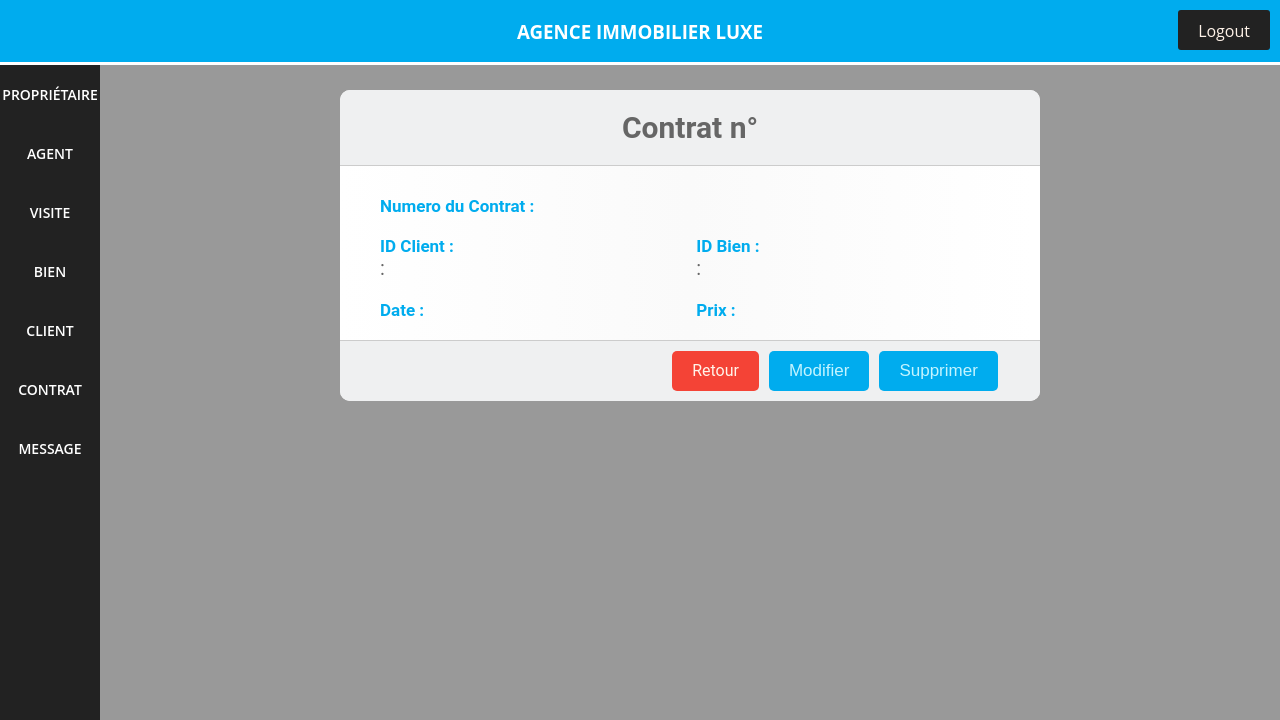
Repository: hassen-mnejja/Real_Estate_Agency_Website
Page: http://localhost/backoffice/WEB-INF/contratdescriptif.jsp
An editor plug-in stored every save of this project. The page is shown before and after the next save, followed by the edit.
The browser window is 1280 px wide. The pictures show the whole page.
Some icons come from a web library that is not loaded, so they are not drawn. The page is served by Tomcat 9. Nobody is signed in. The template is opened directly, without the code that normally fills it, so the values that code supplies are empty.

Above is the page before, as saved 2020-06-22 22:55:08.

After the next save:
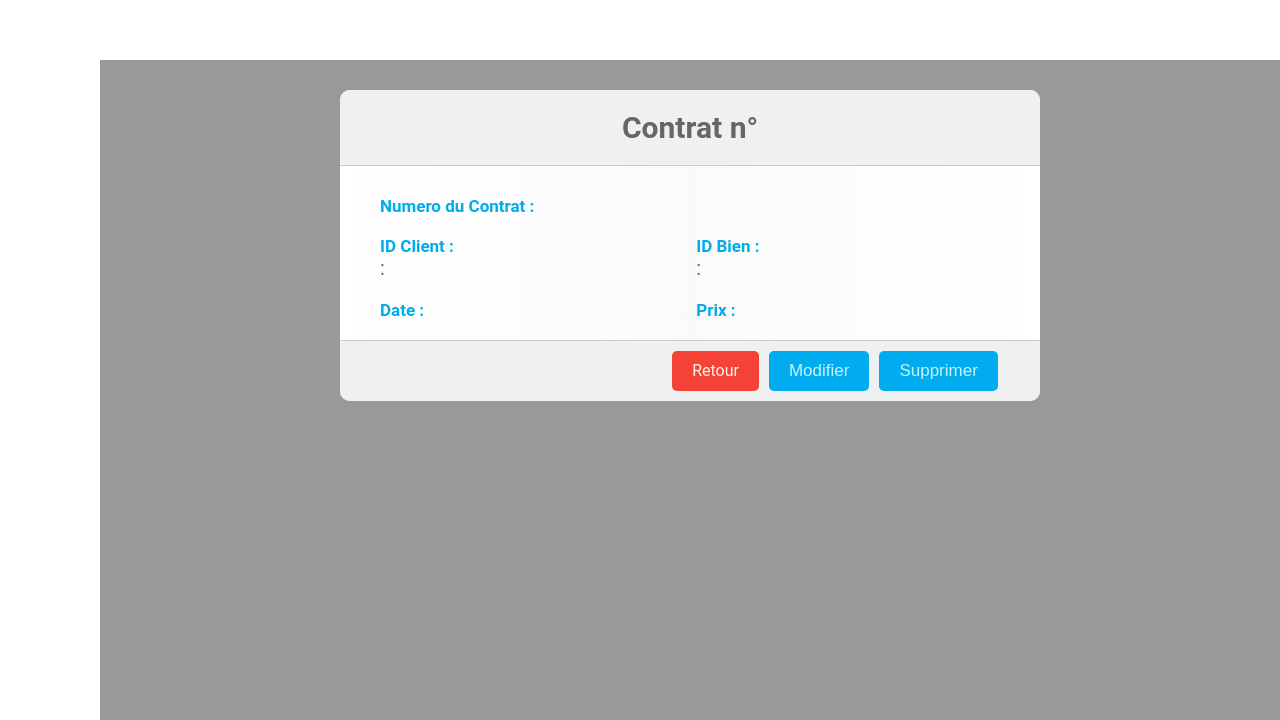
Console error: SyntaxError: Unexpected token 'in'
Saved 40 s later.
--- a/backoffice/WebContent/WEB-INF/contratdescriptif.jsp
+++ b/backoffice/WebContent/WEB-INF/contratdescriptif.jsp
@@ -101,7 +101,8 @@
 		}
 		function fonction1() {
 			input=["prix","date","idclient","idbien","numcontrat"];
-			for (var i = 0; i < input.length(); i++) {
+			for (var i = 0; i < in;put.length(); i++) {
+				alert(input[i])
 				document.getElementById(input[i]).style.display = "block";
 				document.getElementById("af" + input[i]).style.display = "none";
 			}

After the save that followed:
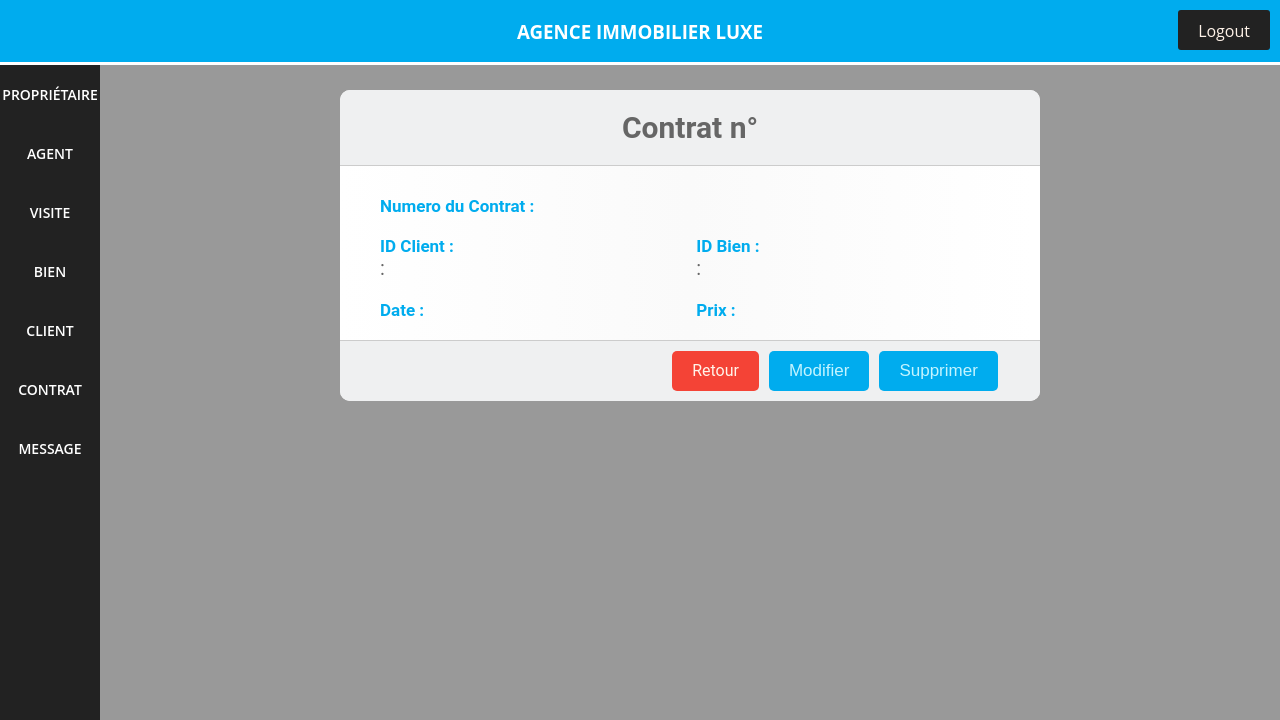
The error is gone.
Saved 4 s later.
--- a/backoffice/WebContent/WEB-INF/contratdescriptif.jsp
+++ b/backoffice/WebContent/WEB-INF/contratdescriptif.jsp
@@ -101,8 +101,8 @@
 		}
 		function fonction1() {
 			input=["prix","date","idclient","idbien","numcontrat"];
-			for (var i = 0; i < in;put.length(); i++) {
-				alert(input[i])
+			for (var i = 0; i < input.length(); i++) {
+				alert(input[i]);
 				document.getElementById(input[i]).style.display = "block";
 				document.getElementById("af" + input[i]).style.display = "none";
 			}
